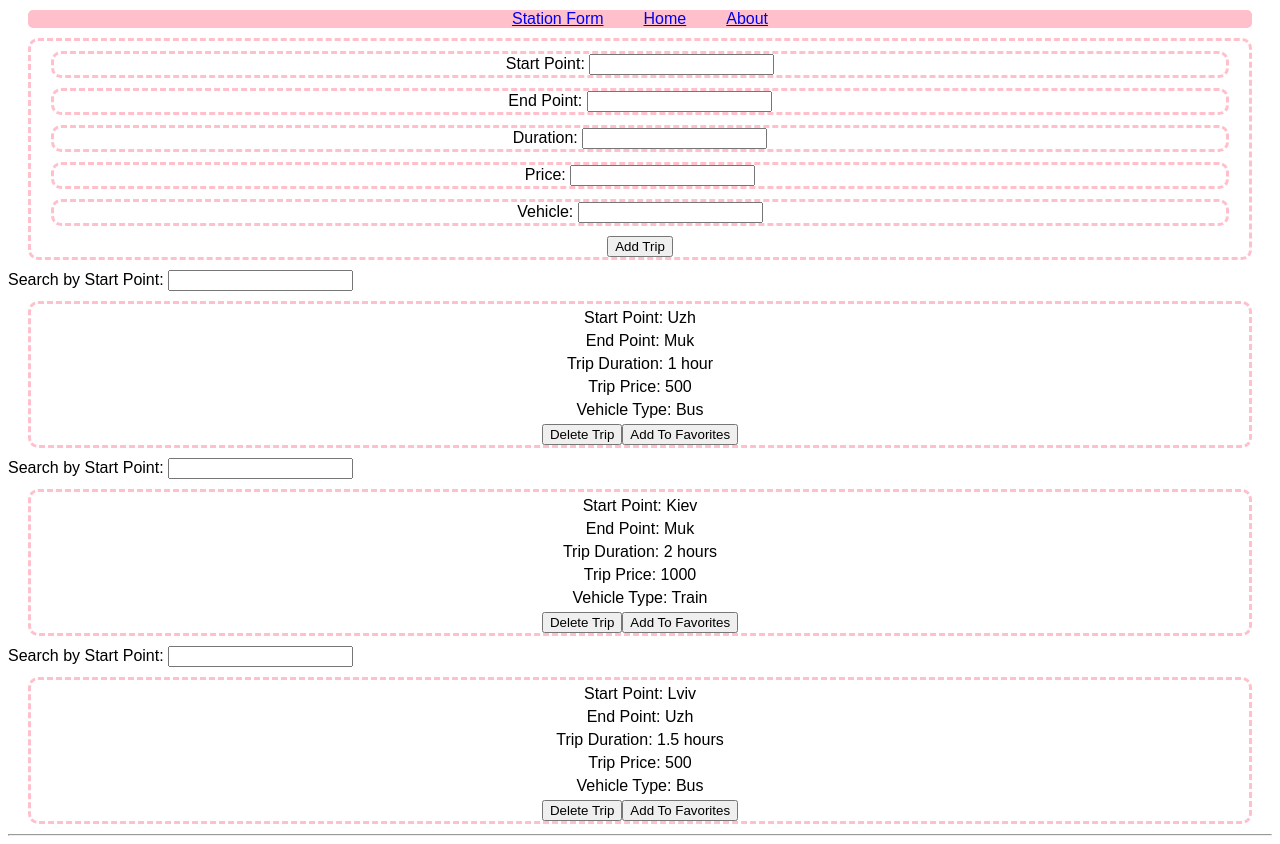
Repository: rutsguifd/mkr2
Page: /#/station-form
These files come from the project's save history. The page is drawn as it stood at one moment and after the next save; the edit follows.
The browser window is 1280 px wide. The pictures show the whole page.
The project was rebuilt for these pictures with package versions that can differ from the ones it lists, and the page was loaded fresh each time. Also part of the build but not shown: src/views/Home.vue, src/views/About.vue, src/components/FavoriteTrips.vue.

Above is the page before, as saved 2021-12-21 23:44:00.

After the next save:
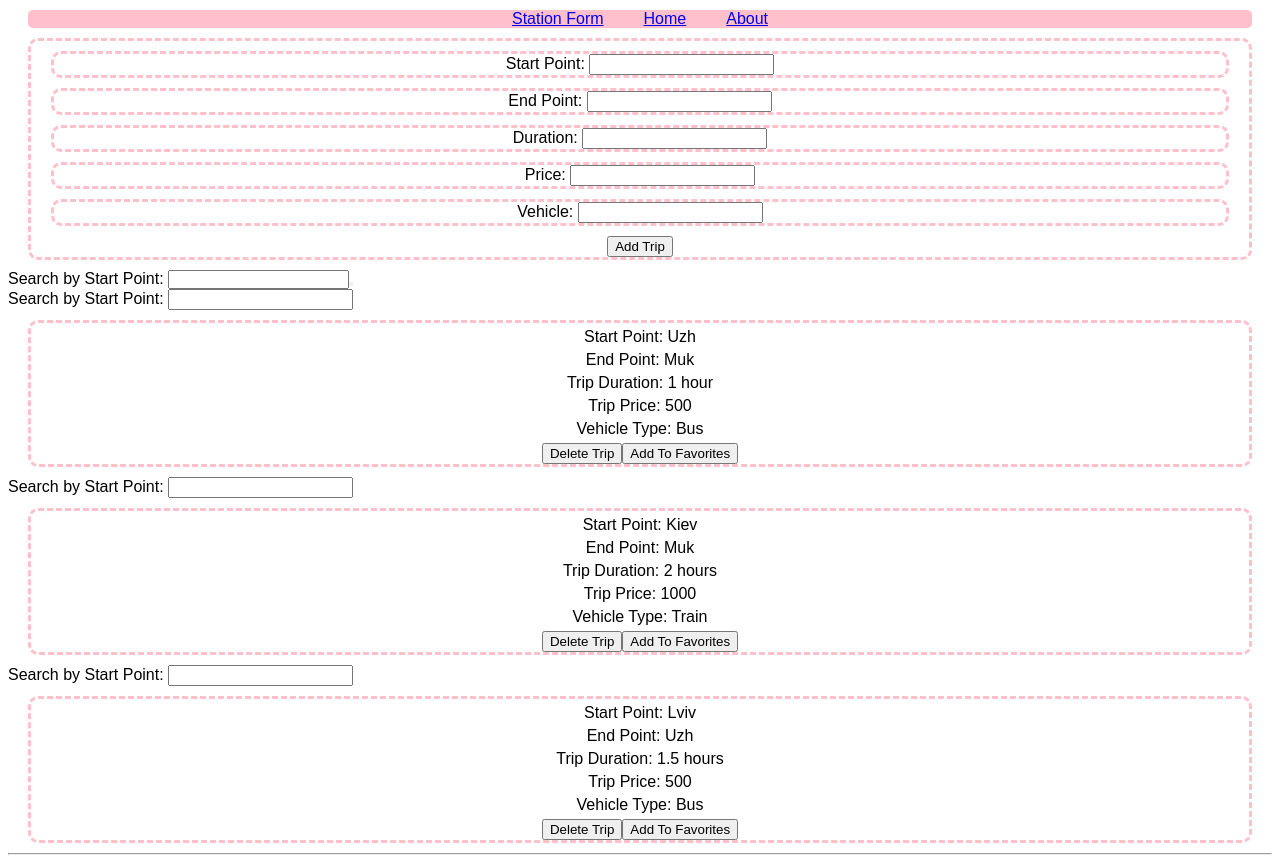
Saved 6 min 53 s later.
--- a/src/views/StationForm.vue
+++ b/src/views/StationForm.vue
@@ -2,8 +2,15 @@
   <div>
     <Header />
     <AddTrip />
+    <div>
+      <label>
+        Search by Start Point:
+        <input type="text" v-model="search" />
+        <button @click="srch"></button>
+      </label>
+    </div>
     <trip-card v-for="(trip, ind) in AllTrips" :key="ind" :trip="trip" />
-    <hr>
+    <hr />
     <favorite-trips
       v-for="trip in AllFavoriteTrips"
       :key="trip.id"
@@ -13,7 +20,7 @@
 </template>
 
 <script>
-import { mapGetters } from "vuex";
+import { mapGetters, mapActions } from "vuex";
 import FavoriteTrips from "../components/FavoriteTrips.vue";
 import AddTrip from "../components/AddTrip.vue";
 import Header from "../components/Header.vue";
@@ -26,9 +33,20 @@ export default {
     AddTrip,
     FavoriteTrips,
   },
+  data() {
+      return {
+          search: ""
+      }
+  },
   computed: {
     ...mapGetters(["AllFavoriteTrips"]),
     ...mapGetters(["AllTrips"]),
+  },
+  methods: {
+    ...mapActions(["updateTripInfo"]),
+    srch() {
+        this.updateTripInfo(this.search)
+    }
   },
 };
 </script>
